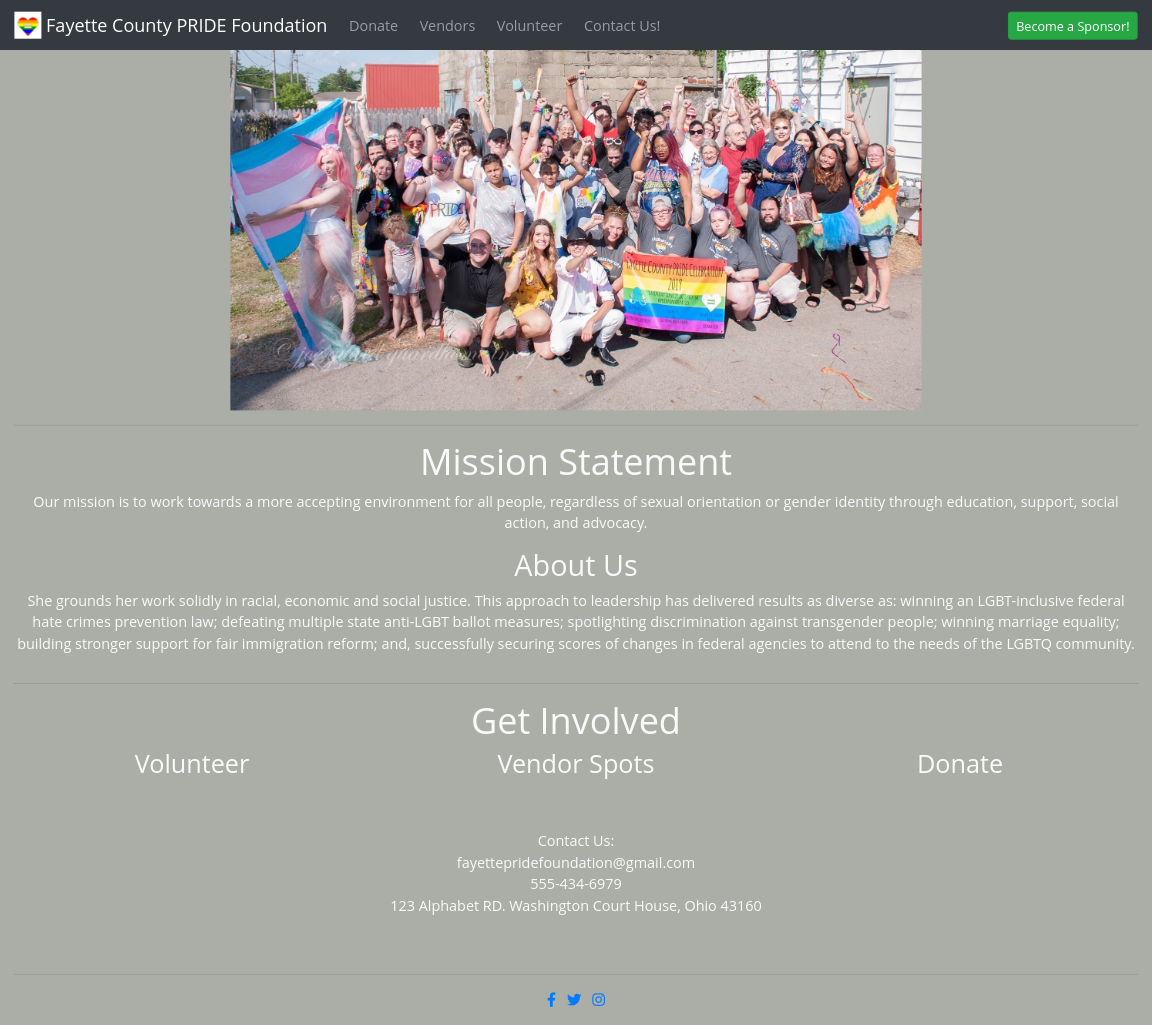
Repository: Code-Institute-Submissions/https-github.com-callendera-Milestone-Project-2
Page: index.html
The author's editor kept a record of every edit. The page is drawn from the files as they stood at one moment, then again after the next edit.
The browser window is 1280 px wide. The pictures show the whole page, at 90% of full size.
Backgrounds fixed to the window are drawn as part of the page. Some web libraries are served in a nearby version.

Above is the page before.

After the next edit:
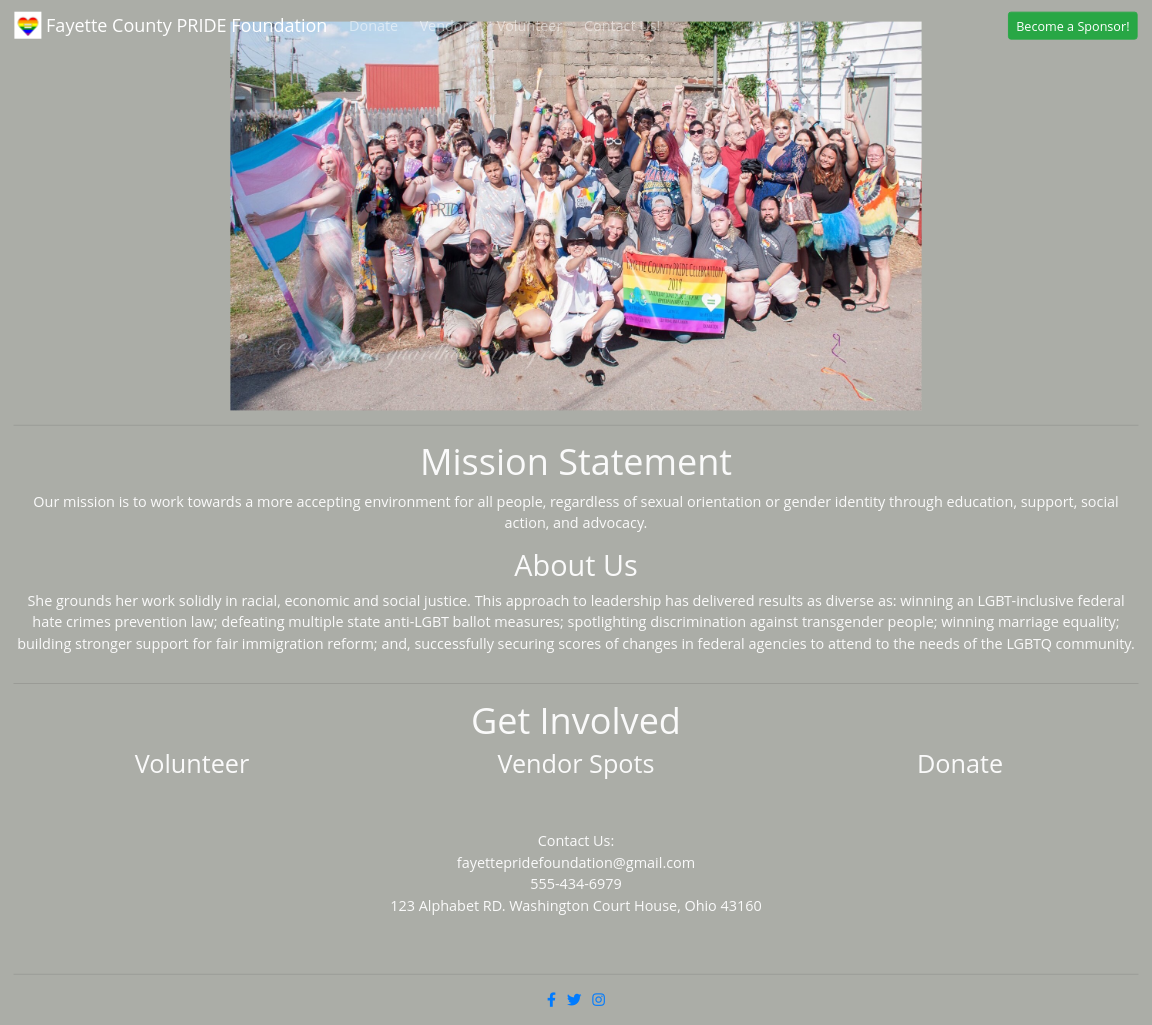
The edit:
--- a/index.html
+++ b/index.html
@@ -26,7 +26,7 @@
     <!--Navbar styles are given by the class names. and the navbar is fixed at the top to allow a better UX-->
 
 
-    <nav class="navbar navbar-dark bg-dark my-navbar navbar-expand-sm fixed-top">
+    <nav class="navbar navbar-dark bg-transparent my-navbar navbar-expand-sm fixed-top">
         <a class="navbar-brand my-navbar-brand" href="#">
     <img src="assets/images/heart.jpg" width="30" height="30" class="d-inline-block align-top" alt="">
     Fayette County PRIDE Foundation
